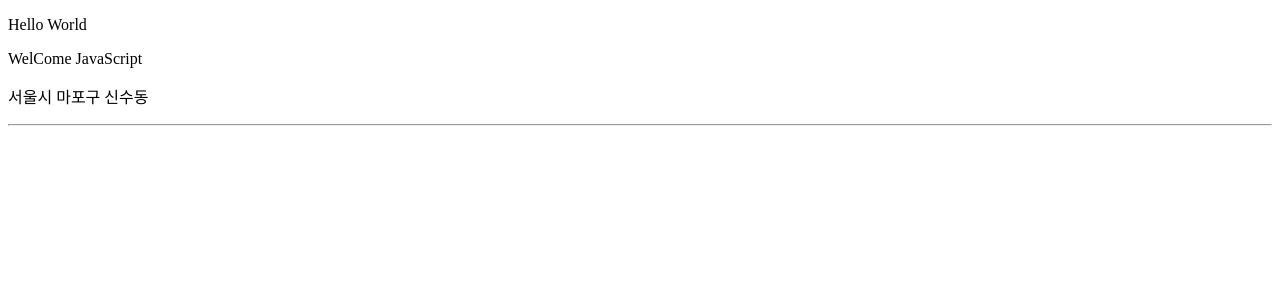
Repository: ady0099/webstudy
Page: 03_javascript/src/main/webapp/day03/ex09_DOM.html
The author's editor kept a copy of each file at every save. The page is drawn from the files as they stood at one save, then again after a run of saves.
The browser window is 1280 px wide. The pictures show the whole page.

Above is the page before, as saved 2023-06-29 06:06:26.
Console error: SyntaxError: Unexpected end of input

After the next 2 saves:
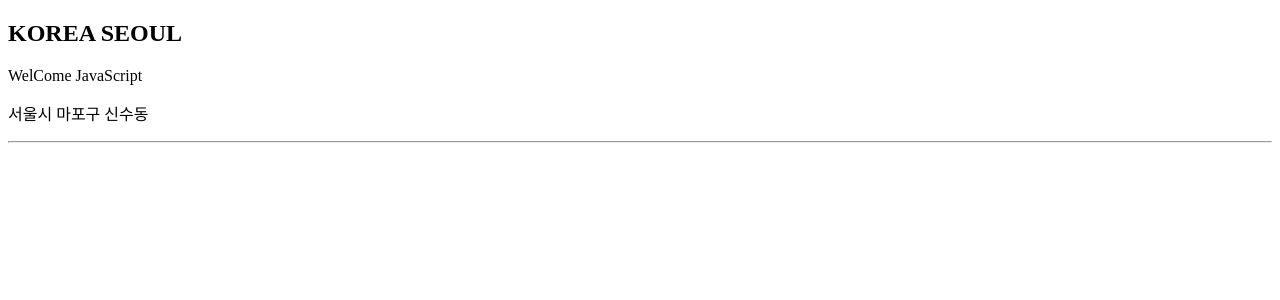
The error is gone.
The 2 saves are shown as one change because they came seconds apart.
The last was saved 33 s later.
--- a/03_javascript/src/main/webapp/day03/ex09_DOM.html
+++ b/03_javascript/src/main/webapp/day03/ex09_DOM.html
@@ -16,7 +16,8 @@
 			// 속성 가져오기 => getAttribute("속성명");
 			// 속성 설정하기 =? setAttribute("속성명", "값")
 			// css를 이용해서 속성 설정하기 : style.속성명 = "값"
-			document.getElementById("demo1").innerHTML =
+			document.getElementById("demo1").innerHTML = "<h2>KOREA SEOUL</h2>";
+
 		</script>
 	</body>
 </html>
